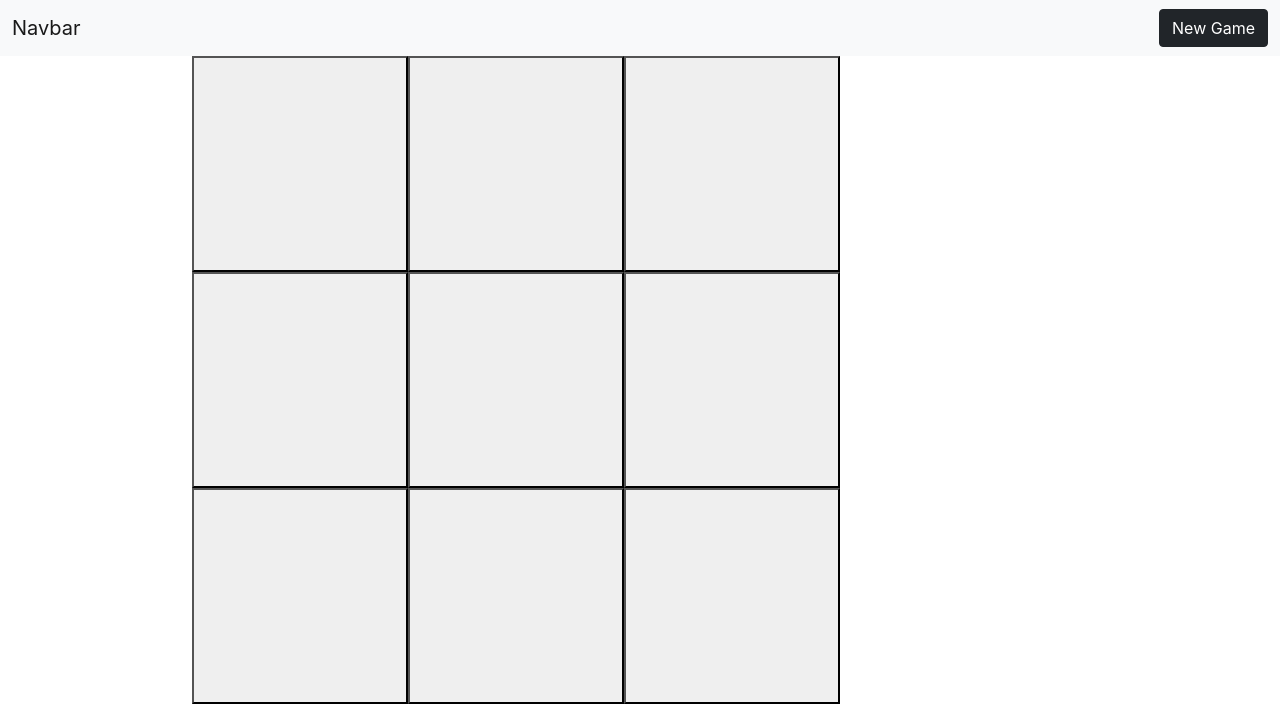
Repository: napan24/tic-tac-toe
Page: /
The author's editor kept a copy of each file at every save. The page is drawn from the files as they stood at one save, then again after the next save.
The browser window is 1280 px wide. The pictures show the whole page.
The project was rebuilt for these pictures with package versions that can differ from the ones it lists, and the page was loaded fresh each time. Also part of the build but not shown: src/App.css.

Above is the page before, as saved 2022-06-15 12:49:14.

### public/index.html
<!DOCTYPE html>
<html lang="en">
  <head>
    <meta charset="utf-8" />
    <link rel="icon" href="%PUBLIC_URL%/favicon.ico" />
    <meta name="viewport" content="width=device-width, initial-scale=1" />
    <meta name="theme-color" content="#000000" />
    <meta
      name="description"
      content="Web site created using create-react-app"
    />
    <link rel="apple-touch-icon" href="%PUBLIC_URL%/logo192.png" />
    <!--
      manifest.json provides metadata used when your web app is installed on a
      user's mobile device or desktop. See https://developers.google.com/web/fundamentals/web-app-manifest/
    -->
    <link rel="manifest" href="%PUBLIC_URL%/manifest.json" />
    <!--
      Notice the use of %PUBLIC_URL% in the tags above.
      It will be replaced with the URL of the `public` folder during the build.
      Only files inside the `public` folder can be referenced from the HTML.

      Unlike "/favicon.ico" or "favicon.ico", "%PUBLIC_URL%/favicon.ico" will
      work correctly both with client-side routing and a non-root public URL.
      Learn how to configure a non-root public URL by running `npm run build`.
    -->
    <link href="https://cdn.jsdelivr.net/npm/bootstrap@5.1.3/dist/css/bootstrap.min.css" rel="stylesheet" integrity="sha384-1BmE4kWBq78iYhFldvKuhfTAU6auU8tT94WrHftjDbrCEXSU1oBoqyl2QvZ6jIW3" crossorigin="anonymous">
    <script src="https://cdn.jsdelivr.net/npm/bootstrap@5.1.3/dist/js/bootstrap.bundle.min.js" integrity="sha384-ka7Sk0Gln4gmtz2MlQnikT1wXgYsOg+OMhuP+IlRH9sENBO0LRn5q+8nbTov4+1p" crossorigin="anonymous"></script>
    <title>React App</title>
  </head>
  <body>
    <noscript>You need to enable JavaScript to run this app.</noscript>
    <div id="root"></div>
    <!--
      This HTML file is a template.
      If you open it directly in the browser, you will see an empty page.

      You can add webfonts, meta tags, or analytics to this file.
      The build step will place the bundled scripts into the <body> tag.

      To begin the development, run `npm start` or `yarn start`.
      To create a production bundle, use `npm run build` or `yarn build`.
    -->
  </body>
</html>

### src/App.js
import { useEffect } from 'react';
import logo from './logo.svg';
import './App.css';
import { FontAwesomeIcon } from '@fortawesome/react-fontawesome';
import { faXmark } from '@fortawesome/free-solid-svg-icons';
import { faCircle } from '@fortawesome/free-regular-svg-icons';
import './tik.css';
import { useState } from 'react';
import cross from './cross.jpeg';
import circle from './circle.png';
/* <FontAwesomeIcon icon={faXmark} size="5x" /> */
/* <FontAwesomeIcon icon={faCircle} size="5x"/> */

// const cl=event.currentTarget.id;
// const el = document.getElementById(cl);
// el.append(a);
function App() {
  const [board, setBoard] = useState([[" ", " ", " "], [" ", " ", " "], [" ", " ", " "]]);
  const [curr, setCurr] = useState(false);
  const [row, setRow] = useState(0);
  const [col, setCol] = useState(0);
  const [win, setWin] = useState(false);
  const [winner, setWinner] = useState("");
  function update(r, c) {
    setBoard((prevstate) => {
      let newBoard = [...prevstate];
      newBoard[r][c] = curr ? "/" : "+";
      return newBoard;
    });
    setRow(r);
    setCol(c);
  }
  useEffect(() => {
    func();
  }, [row, col]);
  useEffect(() => {
    if (win == true) {
      document.getElementById("win").style.display = "inline";
    }
  }, [win]);

  function func() {
    if (board[row][col] === " ") {
      return;
    }
    let count = 0;
    let i = row;
    while (i < 3) {
      if (board[i][col] == board[row][col]) {
        count++;
      }
      i++;
    }
    if (count == 3) {
      setWinner(board[row][col]);
      setWin(true);
      return;
    }
    count--;
    i = row;
    while (i >= 0) {
      if (board[i][col] == board[row][col]) {
        count++;
      }
      i--;
    }
    if (count == 3) {
      setWinner(board[row][col]);
      setWin(true);
      return;
    }
    let j = col;
    count = 0;
    while (j < 3) {
      if (board[row][j] == board[row][col]) {
        count++;
      }
      j++;
    }
    if (count == 3) {
      setWinner(board[row][col]);
      setWin(true);
      return;
    }
    count--;
    j = col;
    while (j >= 0) {
      if (board[row][j] == board[row][col]) {
        count++;
      }
      j--;
    }
    if (count == 3) {
      setWinner(board[row][col]);
      setWin(true);
      return;
    }
    count = 0;
    i = row;
    j = col;
    while (i >= 0 && j >= 0) {
      if (board[i][j] == board[row][col]) {
        count++;
      }
      i--;
      j--;
    }
    if (count == 3) {
      setWinner(board[row][col]);
      setWin(true);
      return;
    }
    count--;
    i = row;
    j = col;
    while (i < 3 && j < 3) {
      if (board[i][j] == board[row][col]) {
        count++;
      }
      i++;
      j++;
    }
    if (count == 3) {
      setWinner(board[row][col]);
      setWin(true);
      return;
    }
    count = 0;
    i = row;
    j = col;
    while (i >= 0 && j < 3) {
      if (board[i][j] == board[row][col]) {
        count++;
      }
      i--;
      j++;
    }
    if (count == 3) {
      setWinner(board[row][col]);
      setWin(true);
      return;
    }
    count--;
    i = row;
    j = col;
    while (i < 3 && j >= 0) {
      if (board[i][j] == board[row][col]) {
        count++;
      }
      i++;
      j--;
    }
    if (count == 3) {
      setWinner(board[row][col]);
      setWin(true);
      return;
    }
  }
  function Clear() {
    setWin(false);
    setWinner("");
    setBoard([[" ", " ", " "], [" ", " ", " "], [" ", " ", " "]]);
    document.getElementById("r3column1").style.background = "none";
    document.getElementById("r3column2").style.background = "none";
    document.getElementById("r3column3").style.background = "none";
    document.getElementById("r2column1").style.background = "none";
    document.getElementById("r2column2").style.background = "none";
    document.getElementById("r2column3").style.background = "none";
    document.getElementById("r1column1").style.background = "none";
    document.getElementById("r1column2").style.background = "none";
    document.getElementById("r1column3").style.background = "none";
    document.getElementById("win").style.display = "none";
  }
  const handleClick = event => {
    if (win == true) {
      return;
    }
    const cl = event.currentTarget.id;
    document.getElementById(cl).style.background = curr ? "url(" + cross + ")" : "url(" + circle + ")";
    document.getElementById(cl).style.backgroundSize = "cover";
    document.getElementById(cl).style.backgroundRepeat = "no-repeat";
    let a;
    if (cl == "r1column1") {
      update(0, 0);
    }
    if (cl == "r1column2") {
      update(0, 1);
    }
    if (cl == "r1column3") {
      update(0, 2);
    }
    if (cl == "r2column1") {
      update(1, 0);
    }
    if (cl == "r2column2") {
      update(1, 1);
    }
    if (cl == "r2column3") {
      update(1, 2);
    }
    if (cl == "r3column1") {
      update(2, 0);
    }
    if (cl == "r3column2") {
      update(2, 1);
    }
    if (cl == "r3column3") {
      update(2, 2);
    }
    setCurr(!curr);
  };
  const box = {
    height: "30vmin",
    width: "30vmin"
  }
  return (
    <>
      <nav class="navbar navbar-light bg-light">
        <div class="container-fluid">
          <a class="navbar-brand">Navbar</a>
          <button onClick={Clear} type="button" class="btn btn-dark">New Game</button>
        </div>
      </nav>

      <div id="mainblock">
        <div id="win" class="alert alert-success" style={{ display: "none", position: "absolute", left: "50%" }} role="alert">
          {curr ? <FontAwesomeIcon icon={faCircle} size="3x" /> : <FontAwesomeIcon icon={faXmark} size="2x" />}
          <span style={{ fontSize: "24px" }}> &nbsp; is the winner</span>
        </div>
        <div id="row1" style={{ display: "flex", justifyContent: "center", alignContent: "center" }}>
          <button id="r1column1" onClick={handleClick} style={box}></button>
          <button id="r1column2" onClick={handleClick} style={box}></button>
          <button id="r1column3" onClick={handleClick} style={box}></button>
        </div>
        <div id="row2" style={{ zIndex: "2", display: "flex", justifyContent: "center", alignContent: "center" }}>
          <button id="r2column1" onClick={handleClick} style={box}></button>
          <button id="r2column2" onClick={handleClick} style={box}></button>
          <button id="r2column3" onClick={handleClick} style={box}></button>
        </div>
        <div id="row" style={{ display: "flex", justifyContent: "center", alignContent: "center" }}>
          <button id="r3column1" onClick={handleClick} style={box}></button>
          <button id="r3column2" onClick={handleClick} style={box}></button>
          <button id="r3column3" onClick={handleClick} style={box}></button>
        </div>
      </div>
      <div>
      </div>
    </>
  );
}

export default App;

### src/tik.css
@media (max-width:500px) {
    #mainblock{
        position:relative;
        left:2vw;
        display: inline-block;
    }
}
@media (max-width:2560px) and (min-width:1601px){
    #mainblock{
        position: relative;
        left:30vw;
        display: inline-block;
    }
}
@media (max-width:1600px) and (min-width:1301px){
    #mainblock{
        position: relative;
        left:25vw;
        display: inline-block;
    }
}
@media (max-width:1300px) and (min-width:1175px){
    #mainblock{
        position: relative;
        left:15vw;
        display: inline-block;
    }
}
@media (max-width:1174px) and (min-width:901px){
    #mainblock{
        position: relative;
        left:8vw;
        display: inline-block;
    }
}
@media (max-width:900px) and (min-width:501px){
    #mainblock{
        position: relative;
        left:5vw;
        display: inline-block;
    }
}

Loaded but not shown: src/index.js (common file); src/index.css (common file); src/reportWebVitals.js (common file)

After the next save:
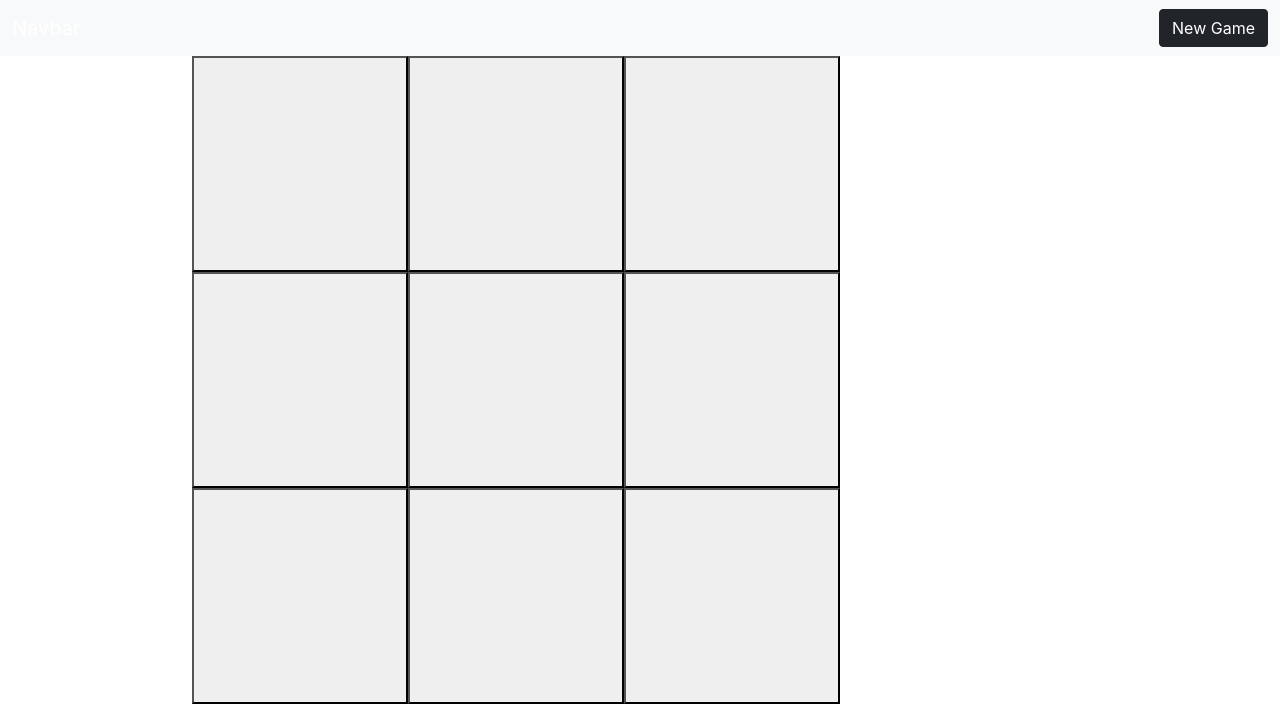
Saved 8 s later.
--- a/src/App.js
+++ b/src/App.js
@@ -215,7 +215,7 @@ function App() {
   }
   return (
     <>
-      <nav class="navbar navbar-light bg-light">
+      <nav class="navbar navbar-dark bg-light">
         <div class="container-fluid">
           <a class="navbar-brand">Navbar</a>
           <button onClick={Clear} type="button" class="btn btn-dark">New Game</button>
